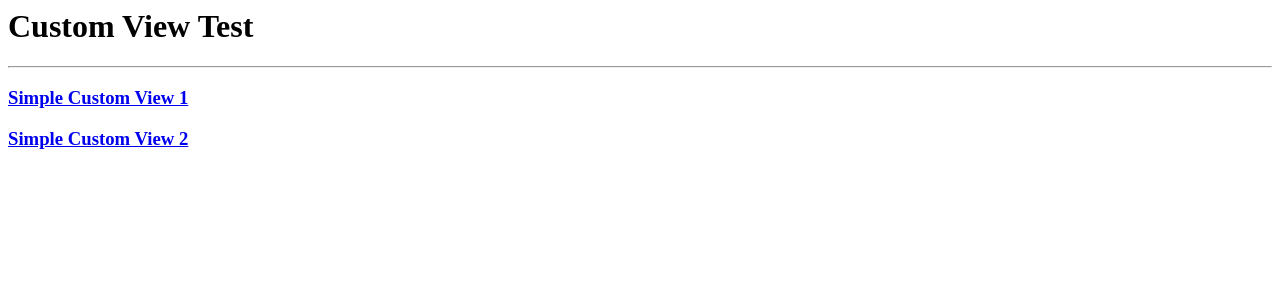
Repository: superThisMe/spring-basic
Page: http://localhost/05.spring-mvc-d/
These files come from the project's save history. The page is drawn as it stood at one moment and after the next save; the edit follows.
The browser window is 1280 px wide. The pictures show the whole page.
The page is served by Tomcat 9. Other server files are loaded and not shown.

Above is the page before, as saved 2019-12-19 07:25:20.

### 05.spring-mvc-d/src/main/webapp/WEB-INF/views/home.jsp
<%@ page pageEncoding="utf-8" contentType="text/html; charset=utf-8" %>
<html>
<head>
	<meta charset="utf-8">
	<title>Home</title>
</head>
<body>

	<h1>Custom View Test</h1>
	<hr>
	<h3><a href="custom-view-a.action">Simple Custom View 1</a></h3>
	<h3><a href="custom-view-b.action">Simple Custom View 2</a></h3>

</body>
</html>

After the next save:
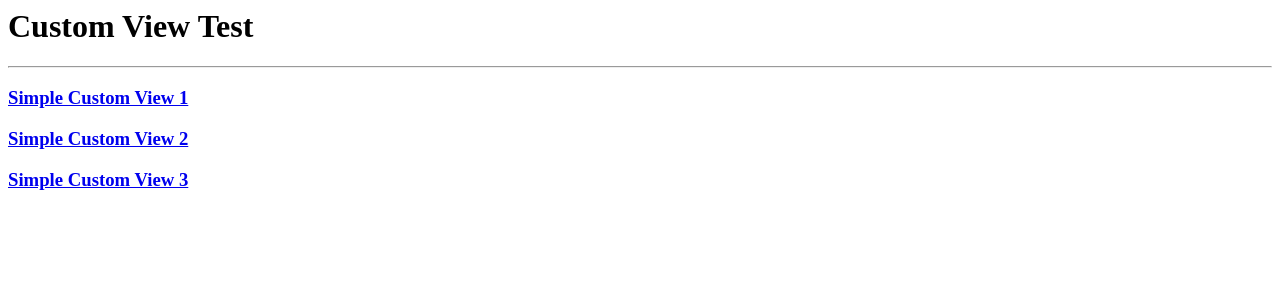
Saved 97 s later.
--- a/05.spring-mvc-d/src/main/webapp/WEB-INF/views/home.jsp
+++ b/05.spring-mvc-d/src/main/webapp/WEB-INF/views/home.jsp
@@ -10,6 +10,7 @@
 	<hr>
 	<h3><a href="custom-view-a.action">Simple Custom View 1</a></h3>
 	<h3><a href="custom-view-b.action">Simple Custom View 2</a></h3>
+	<h3><a href="custom-view-b.action">Simple Custom View 3</a></h3>
 
 </body>
 </html>
